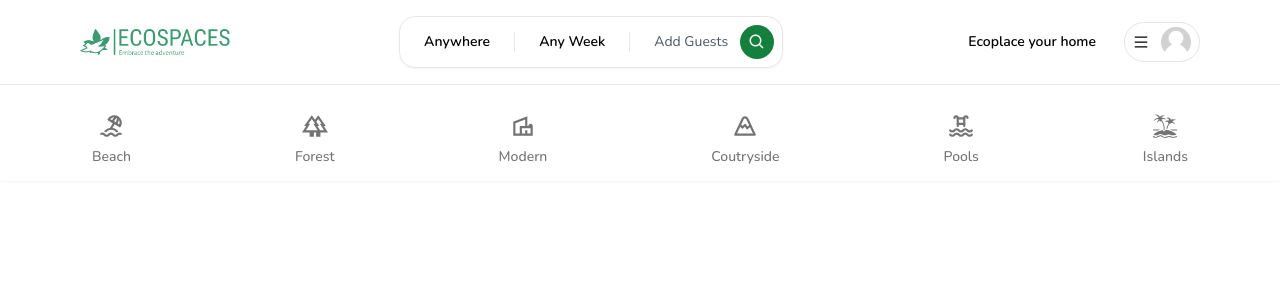
Repository: LubegaH/Ecospaces
Page: /
An editor plug-in stored every save of this project. The page is shown before and after the next save, followed by the edit.
The browser window is 1280 px wide. The pictures show the whole page.
The page's requests for data from a server got no answer. The project was rebuilt for these pictures with package versions that can differ from the ones it lists, and the page was loaded fresh each time. The framework's server and built-in components were replaced by stand-ins that run in the browser. No one was signed in, and anything a server would have sent is missing. Also part of the build but not shown: next.config.js, app/components/nabar/MenuItem.tsx, app/components/Button.tsx, app/components/modals/Modal.tsx, app/components/Heading.tsx, app/components/input/Input.tsx.

Above is the page before, as saved 2023-08-19 09:42:12.

After the next save:
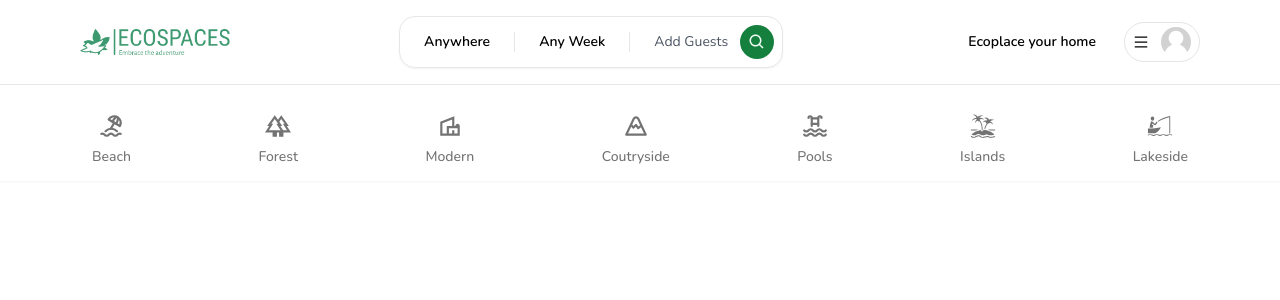
Saved 8 s later.
--- a/app/components/nabar/Categories.tsx
+++ b/app/components/nabar/Categories.tsx
@@ -3,7 +3,7 @@ import { TbBeach, TbMountain, TbPool } from 'react-icons/tb';
 
 import { MdOutlineVilla } from 'react-icons/md';
 import { MdOutlineForest } from 'react-icons/md';
-import {GiIsland} from 'react-icons/gi'
+import {GiIsland, GiBoatFishing} from 'react-icons/gi'
 
 import CategoryBox from '../CategoryBox';
 import { usePathname, useSearchParams } from 'next/navigation';
@@ -39,7 +39,11 @@ export const categories = [
     icon: GiIsland,
     description: 'Executive stay on an Island',
   },
-
+  {
+    label: 'Lakeside',
+    icon: GiBoatFishing,
+    description: 'This property is close to the late',
+  },
 ];
 
 const Categories = () => {
